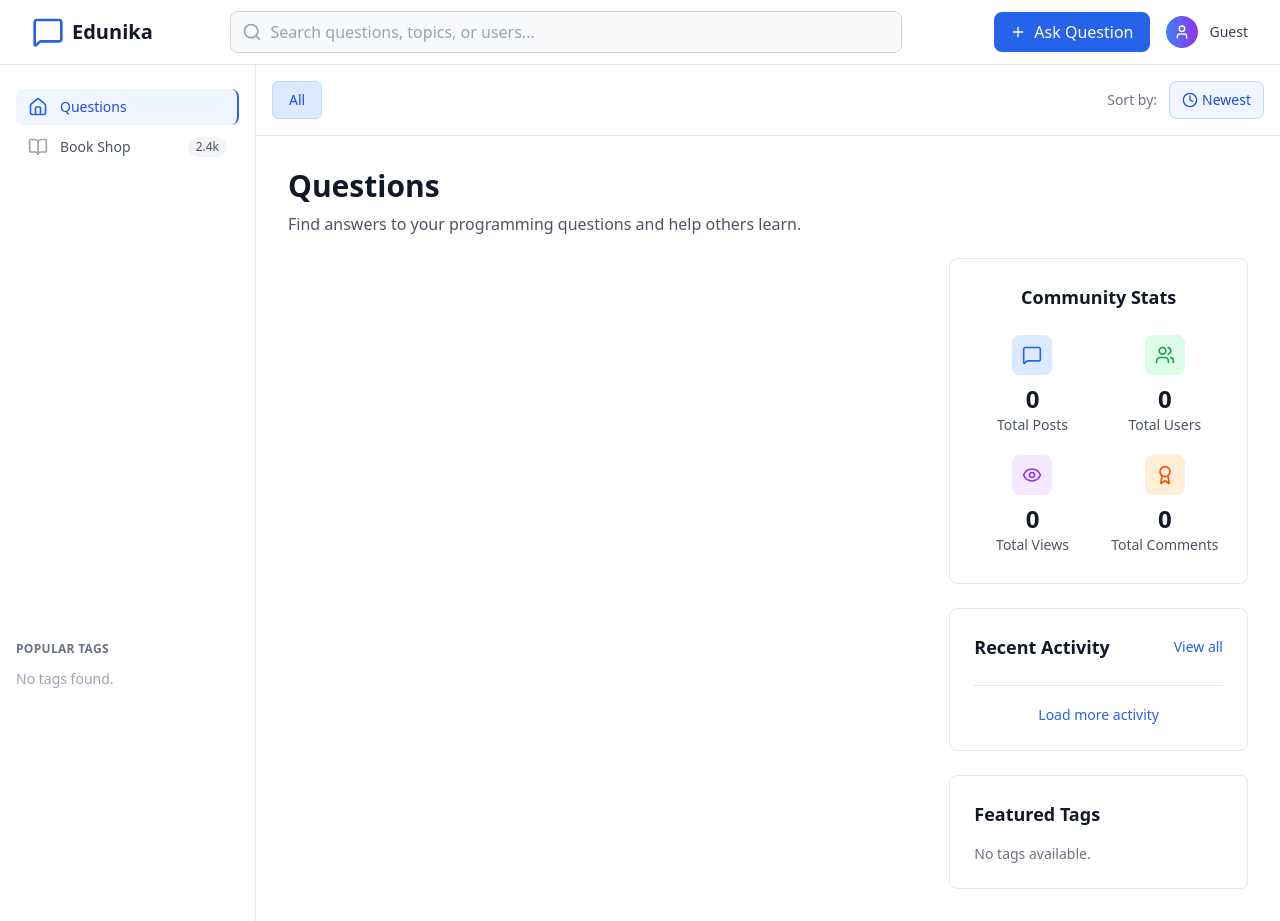
Repository: Ruddro420/forum-front-end
Page: /
An editor plug-in stored every save of this project. The page is shown before and after the next save, followed by the edit.
The browser window is 1280 px wide. The pictures show the whole page.
The page's requests for data from a server got no answer. The project was rebuilt for these pictures with package versions that can differ from the ones it lists, and the page was loaded fresh each time. No one was signed in, and anything a server would have sent is missing. Also part of the build but not shown: vite.config.js, src/Pages/Home.jsx, src/components/Question/QuestionCard.jsx, src/components/Question/AddQuestionSidebar.jsx, src/Pages/AskQuestion.jsx, src/Pages/ShopPage.jsx, src/Pages/QuestionDetail.jsx, src/Pages/ChatInterface.jsx and 7 more.

Above is the page before, as saved 2025-08-07 02:40:23.

### index.html
<!doctype html>
<html lang="en" data-theme="light">
  <head>
    <meta charset="UTF-8" />
    <link rel="icon" type="image/svg+xml" href="/vite.svg" />
    <meta name="viewport" content="width=device-width, initial-scale=1.0" />
    <title>Edunika</title>
  </head>
  <body>
    <div id="root"></div>
    <script type="module" src="/src/main.jsx"></script>
  </body>
</html>

### src/main.jsx
import { StrictMode } from 'react'
import { createRoot } from 'react-dom/client'
import './index.css'
import { createBrowserRouter, RouterProvider } from "react-router";
import MainLayout from './Layouts/MainLayout';
import Home from './Pages/Home';
import ForumPage from './Pages/ForumPage';
import AskQuestion from './Pages/AskQuestion';
import ShopPage from './Pages/ShopPage';
import QuestionDetail from './Pages/QuestionDetail';
import ChatInterface from './Pages/ChatInterface';
import StudentProfile from './Pages/StudentProfile';
import StudentDashboard from './Pages/StudentDashboard';
import Register from './Pages/Register';
import Login from './Pages/Login';
import PrivateRoute from './Auth/PrivateRoute';
import { AuthProvider } from './Auth/context/AuthContext';
import Categories from './Pages/Categories';

const router = createBrowserRouter([
  {
    path: "",
    element: <MainLayout />,
    children: [
      { path: "/", element: <ForumPage /> },
      { path: "/questions", element: <ForumPage /> },
      { path: "/shop", element: <ShopPage /> },
      { path: "/category/:id", element: <Categories /> },
    ]
  },
  {
    path: "",
    element: <PrivateRoute><MainLayout /></PrivateRoute>,
    children: [
      { path: "/ask-question", element: <AskQuestion /> },
      { path: "/question-detail/:id", element: <QuestionDetail /> },
      { path: "/chat/", element: <ChatInterface /> },
      { path: "/profile", element: <StudentProfile /> },
      { path: "/dashboard", element: <StudentDashboard /> },

    ]
  },
  { path: "/register", element: <Register /> },
  { path: "/login", element: <Login /> }
]);

createRoot(document.getElementById('root')).render(
  <StrictMode>
    <AuthProvider>
      <RouterProvider router={router} />
    </AuthProvider>
  </StrictMode>,
)

### src/index.css
@tailwind base;
@tailwind components;
@tailwind utilities;
/* @import url('https://fonts.googleapis.com/css2?family=Hind+Siliguri:wght@300;400;500;600;700&display=swap'); */






/* :root {
  font-family: system-ui, Avenir, Helvetica, Arial, sans-serif;
  line-height: 1.5;
  font-weight: 400;

  color-scheme: light dark;
  color: rgba(255, 255, 255, 0.87);
  background-color: #242424;

  font-synthesis: none;
  text-rendering: optimizeLegibility;
  -webkit-font-smoothing: antialiased;
  -moz-osx-font-smoothing: grayscale;
}

@media (prefers-color-scheme: light) {
  :root {
    color: #213547;
    background-color: #ffffff;
  }
  a:hover {
    color: #747bff;
  }
  button {
    background-color: #f9f9f9;
  }
}
 */

### src/Layouts/MainLayout.jsx
import { useState } from "react";
import Header from "./Header";
import { Outlet } from "react-router";
import Sidebar from "./Sidebar";
import { Toaster } from "react-hot-toast";
import ScrollToTop from "../components/ScrollToTop";
import { useAuth } from "../Auth/context/AuthContext";


const MainLayout = () => {
  const [isSidebarOpen, setIsSidebarOpen] = useState(false);
  const { user, logout } = useAuth();

  return (
    <>
      <ScrollToTop />
      {/* {user ? (
        <>
          <span className="text-gray-700">Hi, {user.name}</span>
          <button
            onClick={logout}
            className="bg-red-500 text-white px-3 py-1 rounded hover:bg-red-600"
          >
            Logout
          </button>
        </>
      ) : (
        <a href="/login" className="text-blue-600">Login</a>
      )} */}
      <Header
        onMenuToggle={() => setIsSidebarOpen(!isSidebarOpen)}
        isMenuOpen={isSidebarOpen}
      />
      <div className="flex">
        <Sidebar
          isOpen={isSidebarOpen}
          onClose={() => setIsSidebarOpen(false)}
        />
        <main className="flex-1 lg:ml-0">
          <Outlet />
        </main>
      </div>
      <Toaster position='top-center' />
    </>
  );
};

export default MainLayout;

### src/Pages/ForumPage.jsx
import React, { useState } from "react";
import FilterBar from "../components/FilterBar";
import ActivityFeed from "../components/ActivityFeed";
import StatsWidget from "../components/StatsWidget";
import QuestionList from "../components/Question/QuestionList";
import { useAuth } from "../Auth/context/AuthContext";

const ForumPage = () => {
  const { posts, fetauredTag, categories } = useAuth();
  const [currentPage, setCurrentPage] = useState(1);
  const [selectedCategoryId, setSelectedCategoryId] = useState(null);

  const postsPerPage = 4;

  // 👉 Filter posts by selected category
  const filteredPosts = selectedCategoryId
    ? posts.filter(post => post.category_id === selectedCategoryId)
    : posts;

  const totalPages = Math.ceil(filteredPosts.length / postsPerPage);
  const paginatedPosts = filteredPosts.slice(
    (currentPage - 1) * postsPerPage,
    currentPage * postsPerPage
  );

  const tags = fetauredTag ? Object.keys(fetauredTag).slice(0, 9) : [];

  return (
    <>
      <FilterBar
        categories={[{ id: null, name: "All" }, ...(categories || [])]}
        selectedCategoryId={selectedCategoryId}
        onCategoryChange={(id) => {
          setSelectedCategoryId(id);
          setCurrentPage(1);
        }}
      />

      <div className="mx-auto px-4 sm:px-6 lg:px-8 py-8">
        <div className="grid grid-cols-1 lg:grid-cols-3 gap-8">
          <div className="lg:col-span-2">
            <div className="mb-6">
              <h1 className="text-3xl font-bold text-gray-900 mb-2">Questions</h1>
              <p className="text-gray-600">
                Find answers to your programming questions and help others learn.
              </p>
            </div>

            <QuestionList posts={paginatedPosts} />

            {/* Pagination */}
            <div className="mt-8 flex items-center justify-center space-x-2">
              {Array.from({ length: totalPages }, (_, i) => i + 1).map((page) => (
                <button
                  key={page}
                  onClick={() => setCurrentPage(page)}
                  className={`px-4 py-2 text-sm font-medium border rounded-lg ${
                    currentPage === page
                      ? "text-white bg-blue-600 border-blue-600"
                      : "text-gray-700 bg-white border-gray-300 hover:bg-gray-50"
                  }`}
                >
                  {page}
                </button>
              ))}

              {currentPage < totalPages && (
                <button
                  onClick={() => setCurrentPage((prev) => prev + 1)}
                  className="px-4 py-2 text-sm font-medium text-gray-700 bg-white border border-gray-300 rounded-lg hover:bg-gray-50"
                >
                  Next
                </button>
              )}
            </div>
          </div>

          {/* Sidebar */}
          <div className="space-y-6 mt-[90px]">
            <StatsWidget />
            <ActivityFeed />

            {/* Featured Tags */}
            <div className="bg-white rounded-lg border border-gray-200 p-6">
              <h3 className="text-lg font-semibold text-gray-900 mb-4">
                Featured Tags
              </h3>
              <div className="flex flex-wrap gap-2">
                {tags.length > 0 ? (
                  tags.map((tag) => (
                    <span
                      key={tag}
                      className="px-3 py-1 bg-blue-100 text-blue-800 rounded-lg text-sm font-medium cursor-pointer hover:bg-blue-200 transition-colors"
                    >
                      {tag}
                    </span>
                  ))
                ) : (
                  <span className="text-sm text-gray-500">No tags available.</span>
                )}
              </div>
            </div>
          </div>
        </div>
      </div>
    </>
  );
};


export default ForumPage;

### src/Layouts/Header.jsx
import React, { useState } from 'react';
import { Search, Bell, MessageSquare, User, Menu, X, Plus } from 'lucide-react';
import { useNavigate } from 'react-router';
import { useAuth } from '../Auth/context/AuthContext';

const Header = ({ onMenuToggle, isMenuOpen }) => {
  const [isSearchFocused, setIsSearchFocused] = useState(false);
  const navigate = useNavigate();
  // load users
  const {user} = useAuth();
  // console.log(user);


  return (
    <header className="bg-white border-b border-gray-200 sticky top-0 z-[999]">
      <div className=" mx-auto px-4 sm:px-6 lg:px-8">
        <div className="flex justify-between items-center h-16">
          {/* Logo and Mobile Menu */}
          <div className="flex items-center">
            <button
              onClick={onMenuToggle}
              className="lg:hidden p-2 rounded-md text-gray-400 hover:text-gray-500 hover:bg-gray-100 transition-colors"
            >
              {isMenuOpen ? <X className="h-6 w-6" /> : <Menu className="h-6 w-6" />}
            </button>
            <div className="flex items-center ml-2 lg:ml-0">
              <MessageSquare className="h-8 w-8 text-blue-600" />
              <span className="ml-2 text-xl font-bold text-gray-900">Edunika</span>
            </div>
          </div>

          {/* Search Bar */}
          <div className="flex-1 max-w-2xl mx-8 hidden md:block">
            <div className="relative">
              <div className="absolute inset-y-0 left-0 pl-3 flex items-center pointer-events-none">
                <Search className={`h-5 w-5 transition-colors ${isSearchFocused ? 'text-blue-500' : 'text-gray-400'}`} />
              </div>
              <input
                type="text"
                placeholder="Search questions, topics, or users..."
                className="block w-full pl-10 pr-4 py-2 border border-gray-300 rounded-lg bg-gray-50 focus:outline-none focus:ring-2 focus:ring-blue-500 focus:border-transparent focus:bg-white transition-all"
                onFocus={() => setIsSearchFocused(true)}
                onBlur={() => setIsSearchFocused(false)}
              />
            </div>
          </div>

          {/* Actions */}
          <div className="flex items-center space-x-4">
            <button className="md:hidden p-2 text-gray-400 hover:text-gray-500">
              <Search className="h-5 w-5" />
            </button>

            <button onClick={()=>navigate("/ask-question")} className="bg-blue-600 hover:bg-blue-700 text-white px-4 py-2 rounded-lg font-medium transition-colors flex items-center">
              <Plus className="h-4 w-4 mr-2" />
              <span className="hidden sm:inline">Ask Question</span>
            </button>

            {/* <button className="p-2 text-gray-400 hover:text-gray-500 relative">
              <Bell className="h-5 w-5" />
              <span className="absolute -top-1 -right-1 h-4 w-4 bg-red-500 rounded-full text-xs text-white flex items-center justify-center">3</span>
            </button> */}

            <div onClick={()=>navigate("/profile")} className="flex items-center space-x-3 cursor-pointer">
              <div className="w-8 h-8 bg-gradient-to-r from-blue-500 to-purple-600 rounded-full flex items-center justify-center">
                <User className="h-4 w-4 text-white" />
              </div>
              <span className="hidden sm:block text-sm font-medium text-gray-700">{user?.first_name ? user?.first_name : 'Guest'}</span>
            </div>
          </div>
        </div>
      </div>
    </header>
  );
};

export default Header;

### src/components/ScrollToTop.jsx
import { useEffect } from 'react';
import { useLocation } from 'react-router';

const ScrollToTop = () => {
  const { pathname } = useLocation();

  useEffect(() => {
    window.scrollTo({
      top: 0,
      behavior: 'smooth', // or 'auto' if you want instant scroll
    });
  }, [pathname]);

  return null;
};

export default ScrollToTop;

### src/components/FilterBar.jsx
import { Award, Calendar, Clock, Filter, SortDesc, TrendingUp } from "lucide-react";
import { useState } from "react";


const FilterBar = ({ categories, selectedCategoryId, onCategoryChange }) => {
  const [activeFilter, setActiveFilter] = useState('newest');
  const [activeTab, setActiveTab] = useState('all');

  const filterOptions = [
    { id: 'newest', label: 'Newest', icon: Clock },
  ];

  return (
    <div className="bg-white border-b border-gray-200 px-4 py-4">
      <div className="mx-auto">
        {/* Tabs */}
        <div className="flex flex-wrap items-center justify-between">
          <div className="flex space-x-1">
            {categories.map((cat) => (
              <button
                key={cat.id}
                onClick={() => onCategoryChange(cat.id)}
                className={`px-4 py-2 text-sm font-medium rounded-md transition-colors ${
                  selectedCategoryId === cat.id
                    ? 'bg-blue-100 text-blue-700 border border-blue-200'
                    : 'text-gray-600 hover:text-gray-900 hover:bg-gray-50 border border-blue-200'
                }`}
              >
                {cat.name}
              </button>
            ))}
          </div>

          <div className="flex items-center space-x-3">
            <span className="text-sm text-gray-500">Sort by:</span>
            <div className="flex space-x-1">
              {filterOptions.map((option) => (
                <button
                  key={option.id}
                  onClick={() => setActiveFilter(option.id)}
                  className={`flex items-center px-3 py-2 text-sm font-medium rounded-lg transition-colors ${
                    activeFilter === option.id
                      ? 'bg-blue-50 text-blue-700 border border-blue-200'
                      : 'text-gray-600 hover:text-gray-900 hover:bg-gray-50'
                  }`}
                >
                  <option.icon className="h-4 w-4 mr-1" />
                  {option.label}
                </button>
              ))}
            </div>
          </div>
        </div>
      </div>
    </div>
  );
};

export default FilterBar;

### src/components/ActivityFeed.jsx
import React from 'react';
import { MessageSquare, Award, TrendingUp, Users, Clock, UserCircle } from 'lucide-react';
import { useAuth } from '../Auth/context/AuthContext';
import { format } from 'timeago.js';
import { NavLink } from 'react-router';

const ActivityFeed = () => {
  const { recentPost } = useAuth()

  return (
    <div className="bg-white rounded-lg border border-gray-200 p-6 ">
      <div className="flex items-center justify-between mb-4">
        <h3 className="text-lg font-semibold text-gray-900 ">
          Recent Activity
        </h3>
        <button className="text-sm text-blue-600 hover:text-blue-700 ">
          View all
        </button>
      </div>

      <div className="space-y-4">
        {recentPost?.map((post) => (
          <div key={post.id} className="flex items-start space-x-3">
            <div className="p-2 rounded-lg bg-blue-100 ">
              <MessageSquare className="h-4 w-4 text-blue-600 " />
            </div>
            <NavLink to={`/question-detail/${post.id}`} className="flex-1 min-w-0 cursor-pointer">
              <p className="text-sm text-gray-900  font-medium">
                {post.title}
              </p>
              <p className="text-xs text-gray-500 ">

                <span className="font-bold text-green-900 mr-2">
                  {post.category?.name || "N/A"}
                </span>
                ||
                <span className="font-bold text-orange-900 ml-2">
                   {post.sub_category?.name || "N/A"}
                </span>
              </p>
              <div className="flex items-center mt-1 text-xs text-gray-500">
                <UserCircle className="h-3 w-3 mr-1" />
                <span>{post.student?.name || "Admin"}</span>
                <span className="mx-1">•</span>
                <Clock className="h-3 w-3 mr-1" />
                {/* <span>{moment(post.created_at).fromNow()}</span> */}
                <span>{format(post.created_at)}</span>
              </div>
            </NavLink>
          </div>
        ))}
      </div>

      <div className="mt-6 pt-4 border-t border-gray-200">
        <button className="w-full text-center text-sm text-blue-600 hover:text-blue-700  font-medium">
          Load more activity
        </button>
      </div>
    </div>
  );
};

export default ActivityFeed;

### src/components/StatsWidget.jsx
import { Award, Eye, MessageSquare, Users } from "lucide-react";
import { useAuth } from "../Auth/context/AuthContext";

const StatsWidget = () => {
  const { stats } = useAuth();

  const statsData = [
    {
      label: "Total Posts",
      value: stats?.total_posts ?? 0,
      change: "+234",
      changeType: "increase",
      icon: MessageSquare,
      color: "text-blue-600",
      bgColor: "bg-blue-100",
    },
    {
      label: "Total Users",
      value: stats?.total_users ?? 0,
      change: "+156",
      changeType: "increase",
      icon: Users,
      color: "text-green-600",
      bgColor: "bg-green-100",
    },
    {
      label: "Total Views",
      value: stats?.total_views ?? 0,
      change: "+12%",
      changeType: "increase",
      icon: Eye,
      color: "text-purple-600",
      bgColor: "bg-purple-100",
    },
    {
      label: "Total Comments",
      value: stats?.total_comments ?? 0,
      change: "+45",
      changeType: "increase",
      icon: Award,
      color: "text-orange-600",
      bgColor: "bg-orange-100",
    },
  ];

  return (
    <div className="bg-white rounded-lg border border-gray-200 p-6 ">
      <h3 className="text-lg font-semibold text-gray-900  mb-6 text-center">
        Community Stats
      </h3>

      <div className="grid grid-cols-2 gap-4">
        {statsData.map((stat, index) => {
          const Icon = stat.icon;
          return (
            <div key={index} className="text-center">
              <div
                className={`inline-flex items-center justify-center w-10 h-10 rounded-lg ${stat.bgColor} mb-2`}
              >
                <Icon className={`h-5 w-5 ${stat.color}`} />
              </div>
              <div className="text-2xl font-bold text-gray-900 ">
                {stat.value}
              </div>
              <div className="text-sm text-gray-600  mb-1">
                {stat.label}
              </div>
              {/* <div className="text-xs text-green-600 font-medium">
                {stat.change} this week
              </div> */}
            </div>
          );
        })}
      </div>
    </div>
  );
};

export default StatsWidget;

### src/components/Question/QuestionList.jsx
// import questions from '../../../public/data/questions.json'
import { useAuth } from '../../Auth/context/AuthContext';
import QuestionCard from './QuestionCard';

const QuestionList = () => {
const {posts} = useAuth();
console.log(posts);


  return (
    <div className="space-y-4">
      {posts?.map((question) => (
        <QuestionCard key={question.id} question = {question} />
      ))}
    </div>
  );
};

export default QuestionList;

Loaded but not shown: tailwind.config.js (common file); src/Auth/context/AuthContext.jsx (178 lines, source omitted); src/Layouts/Sidebar.jsx (138 lines, source omitted)

After the next save:
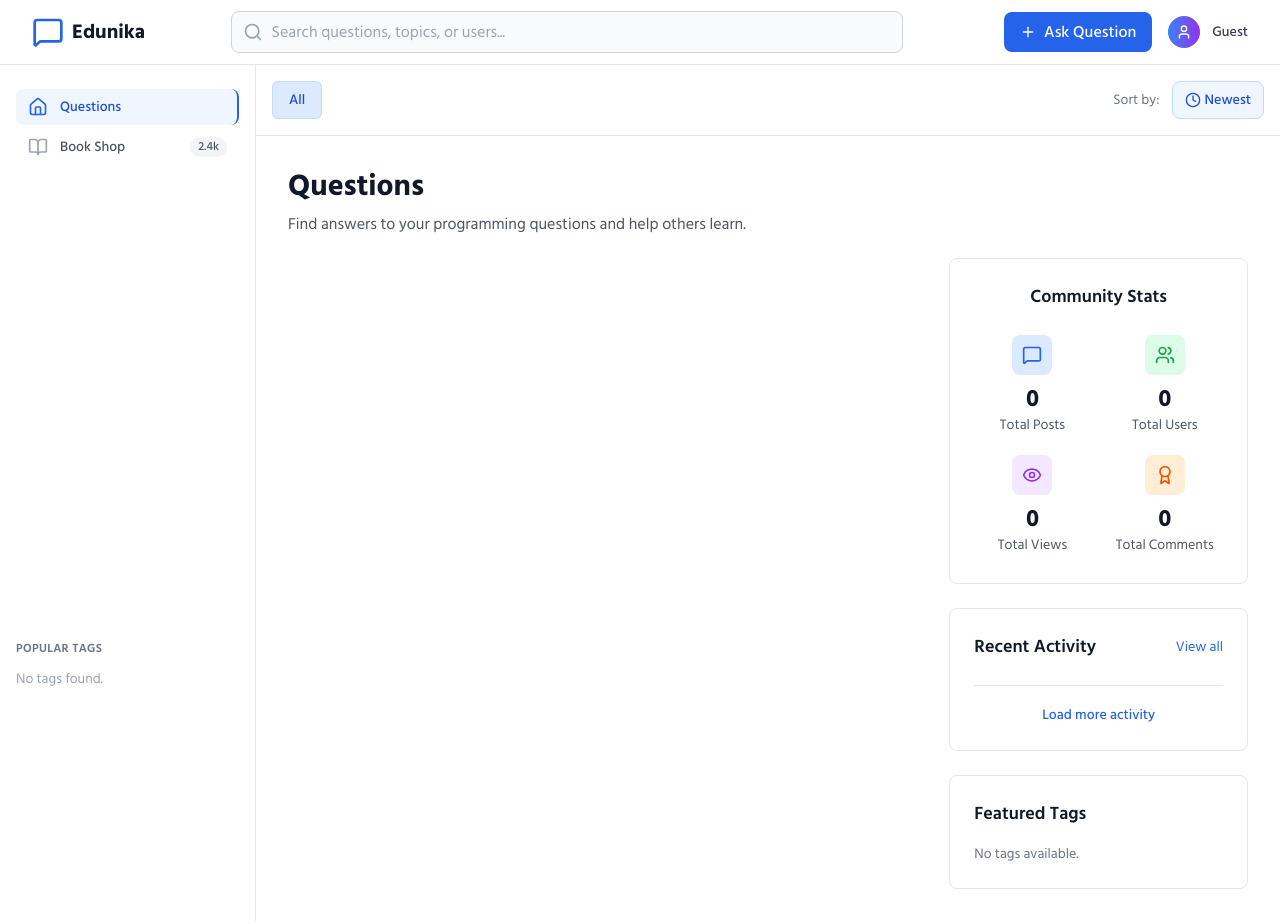
Saved 3 s later.
--- a/index.html
+++ b/index.html
@@ -1,13 +1,25 @@
 <!doctype html>
 <html lang="en" data-theme="light">
-  <head>
-    <meta charset="UTF-8" />
-    <link rel="icon" type="image/svg+xml" href="/vite.svg" />
-    <meta name="viewport" content="width=device-width, initial-scale=1.0" />
-    <title>Edunika</title>
-  </head>
-  <body>
-    <div id="root"></div>
-    <script type="module" src="/src/main.jsx"></script>
-  </body>
+
+<head>
+  <meta charset="UTF-8" />
+  <link rel="icon" type="image/svg+xml" href="/vite.svg" />
+  <meta name="viewport" content="width=device-width, initial-scale=1.0" />
+  <link rel="preconnect" href="https://fonts.googleapis.com">
+  <link rel="preconnect" href="https://fonts.gstatic.com" crossorigin>
+  <link href="https://fonts.googleapis.com/css2?family=Hind+Siliguri:wght@300;400;500;600;700&display=swap"
+    rel="stylesheet">
+  <style>
+    body {
+      font-family: "Hind Siliguri", sans-serif !important;
+    }
+  </style>
+  <title>Edunika</title>
+</head>
+
+<body>
+  <div id="root"></div>
+  <script type="module" src="/src/main.jsx"></script>
+</body>
+
 </html>
